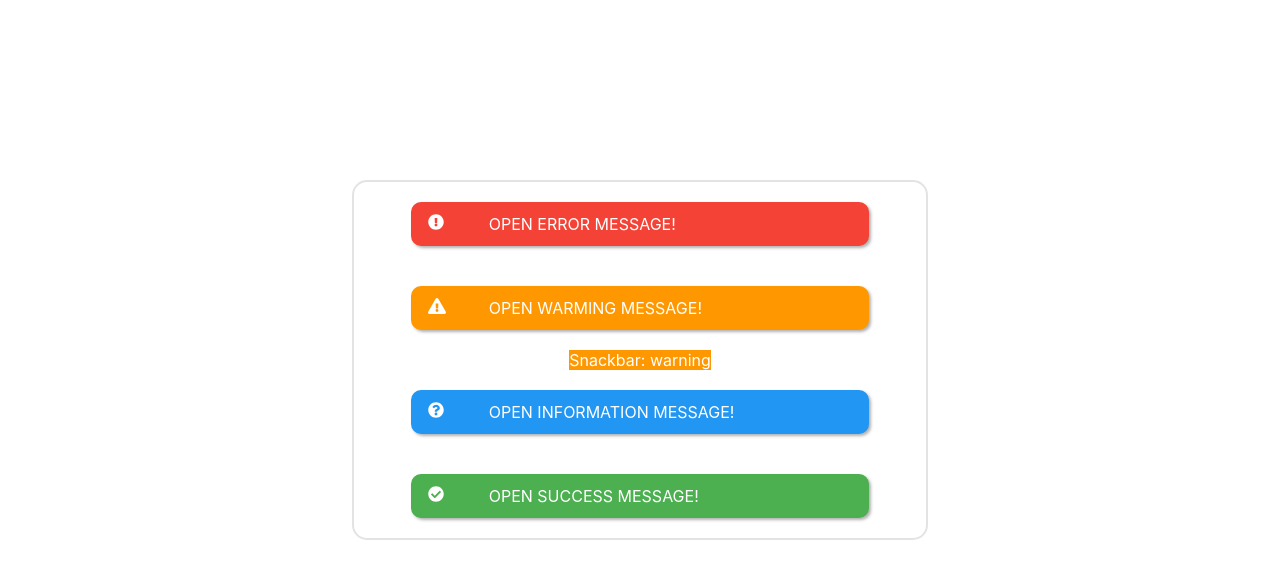
Repository: KrzysKolo/sr_tydzien5_zad2
Page: /, after clicking the first element matching `div.wrapper--btn > :nth-child(2)`
The author's editor kept a copy of each file at every save. The page is drawn from the files as they stood at one save, then again after the next save.
The browser window is 1280 px wide. The pictures show the whole page.
The project was rebuilt for these pictures with package versions that can differ from the ones it lists, and the page was loaded fresh each time.

Above is the page before, as saved 2020-12-28 03:25:41.

### public/index.html
<!DOCTYPE html>
<html lang="en">
  <head>
    <meta charset="utf-8" />
    <link rel="icon" href="%PUBLIC_URL%/favicon.ico" />
    <meta name="viewport" content="width=device-width, initial-scale=1" />
    <meta name="theme-color" content="#000000" />
    <meta
      name="description"
      content="Web site created using create-react-app"
    />
    <link rel="apple-touch-icon" href="%PUBLIC_URL%/logo192.png" />
    <!--
      manifest.json provides metadata used when your web app is installed on a
      user's mobile device or desktop. See https://developers.google.com/web/fundamentals/web-app-manifest/
    -->
    <link rel="manifest" href="%PUBLIC_URL%/manifest.json" />
    <!--
      Notice the use of %PUBLIC_URL% in the tags above.
      It will be replaced with the URL of the `public` folder during the build.
      Only files inside the `public` folder can be referenced from the HTML.

      Unlike "/favicon.ico" or "favicon.ico", "%PUBLIC_URL%/favicon.ico" will
      work correctly both with client-side routing and a non-root public URL.
      Learn how to configure a non-root public URL by running `npm run build`.
    -->
    <title>Zad 2 - snackbar</title>
  </head>
  <body>
    <noscript>You need to enable JavaScript to run this app.</noscript>
    <div id="root"></div>
    <!--
      This HTML file is a template.
      If you open it directly in the browser, you will see an empty page.

      You can add webfonts, meta tags, or analytics to this file.
      The build step will place the bundled scripts into the <body> tag.

      To begin the development, run `npm start` or `yarn start`.
      To create a production bundle, use `npm run build` or `yarn build`.
    -->
  </body>
</html>

### src/App.js
import React from 'react';
import Buttons from './components/Buttons';
import './App.css';
const App = () => {
  return (
    <div className="wrapper--btn">
      <Buttons />
    </div>
  )
}

export default App;

### src/components/Buttons.js
import React, {useState} from 'react';
import ButtonsData from './../data/ButtonsData';
import Button from './Button';
import Snackbar from './Snackbar';

const Buttons = () => {

    return (
        <>
            {ButtonsData.map(button =>
                <Button key={button.id} data={button}/>
            )}

        </>
    )
}

export default Buttons;

### src/App.css
* {
  box-sizing: border-box;
  margin: 0;
  position: relative;
}
body {
  width: 100vw;
  height: 100vh;
  display: flex;
  flex-direction: row;
  justify-content: center;
  align-items: center;
}
.wrapper--btn {
  border: 2px solid #e3e3e3;
  border-radius: 15px;
  width: 45vw;
  display: flex;
  flex-direction: column;
  justify-content: center;
  align-items: center;
}
.btn {
  border-radius: 10px;
  color: rgb(240, 239, 244);
  cursor: pointer;
  outline: none;
  padding: 10px 15px;
  margin: 20px;
  width: 80%;
  display: grid;
  grid-template-columns: 0.5fr 3fr;
  box-shadow: 2px 2px 3px rgba(102, 102, 102, 0.5);
  transition: all 0.3s ease-in-out;
}
.error {
  color: white;
  background: rgb(244, 67, 54);
}

.success {
  color: white;
  background: rgb(76, 175, 80);
}
.information {
  color: white;
  background: rgb(33, 150, 243);
}

.warning {
  background: rgb(255, 152, 0);
  color: white;
}

### src/data/ButtonsData.js
const ButtonsData = [
    {
      id: 0,
      name: "OPEN ERROR MESSAGE!",
      color: "rgb(244, 67, 54)",
      icon: "faExclamationCircle",
      type: "error",
      message: "This is an error message!",
    },
    {
      id: 1,
      name: "OPEN WARMING MESSAGE!",
      color: "rgb(255, 152, 0)",
      icon: "faExclamationTriangle",
      type: "warning",
      message: "This is a warning message!",
    },
    {
      id: 2,
      name: "OPEN INFORMATION MESSAGE!",
      color: "rgb(33, 150, 243)",
      icon: "faQuestionCircle",
      type: "information",
      message: "This is an information message!",
    },
    {
      id: 3,
      name: "OPEN SUCCESS MESSAGE!",
      color: "rgb(76, 175, 80)",
      icon: "faCheckCircle",
      type: "success",
      message: "This is a success message!",
    },

  ]
 export default ButtonsData;

### src/components/Button.js
import React, { useState } from 'react';
import Icons from './Icons';
import Snackbar from './Snackbar';


const Button = ({data } ) => {

    const [isHover, setIsHover] = useState(false);
    const OutStyle = {
        border: `2px solid ${data.color}`,
        background: data.color,
        color: "#fff",
      };

      const OverStyle = {
        border: `2px solid ${data.color}`,
        backgroundColor: "#fff",
        color: data.color,

      };
      /*const event = data.event;
      const switchFunction = (event) => {
        switch (event) {
                case 'handleClick': handleClick(); break;
               case 'handleClickWarming': handleClickWarming(); break;
                case 'handleClickInformation': handleClickInformation(); break;
                case 'handleClickSuccess': handleClickSuccess(); break;
                default: return null;
                }
    }

     const handleClickWarming = () => {
        console.log(data.info);
    };
    const handleClickInformation = () => {
        console.log(data.info);
    };
    const handleClickSuccess = () => {
        console.log(data.info);
    }; */

    const [isShownSnackbar, setIsShownSnackbar] = useState(false);
    const handleClick = () => {

        setIsShownSnackbar(true);

    };
    return (
        <>

        <div className="btn"
        /* onClick={() => switchFunction(event)} */
        onClick={handleClick}
        style={isHover ? OverStyle : OutStyle}
        onMouseOver={() => setIsHover(true)}
        onMouseOut={() => setIsHover(false)}>
            <Icons icon={data.icon}/>
             {data.name}
        </div>
        {isShownSnackbar && <Snackbar type={data.type} message={data.info} />}
        </>
    )
}

export default Button;

### src/components/Snackbar.js
import React from 'react';

const Snackbar = ({type}) => {
    return (
        <div className={`${type}`}>
           Snackbar: {type}
        </div>
    )
}

export default Snackbar

### src/components/Icons.js
import React from 'react';
import { FontAwesomeIcon } from '@fortawesome/react-fontawesome';
import { faCheckCircle, faQuestionCircle, faExclamationTriangle, faExclamationCircle } from '@fortawesome/free-solid-svg-icons';

const Icons = ({icon}) => {

        switch (icon) {
            case 'faExclamationCircle': return <FontAwesomeIcon icon={faExclamationCircle} />;
            case 'faExclamationTriangle': return <FontAwesomeIcon icon={faExclamationTriangle} />;
            case 'faQuestionCircle': return <FontAwesomeIcon icon={faQuestionCircle} />;
            case 'faCheckCircle': return <FontAwesomeIcon icon={faCheckCircle} />;
            default: return null;
            }



}

export default Icons;

Loaded but not shown: src/index.js (common file); src/index.css (common file)

After the next save:
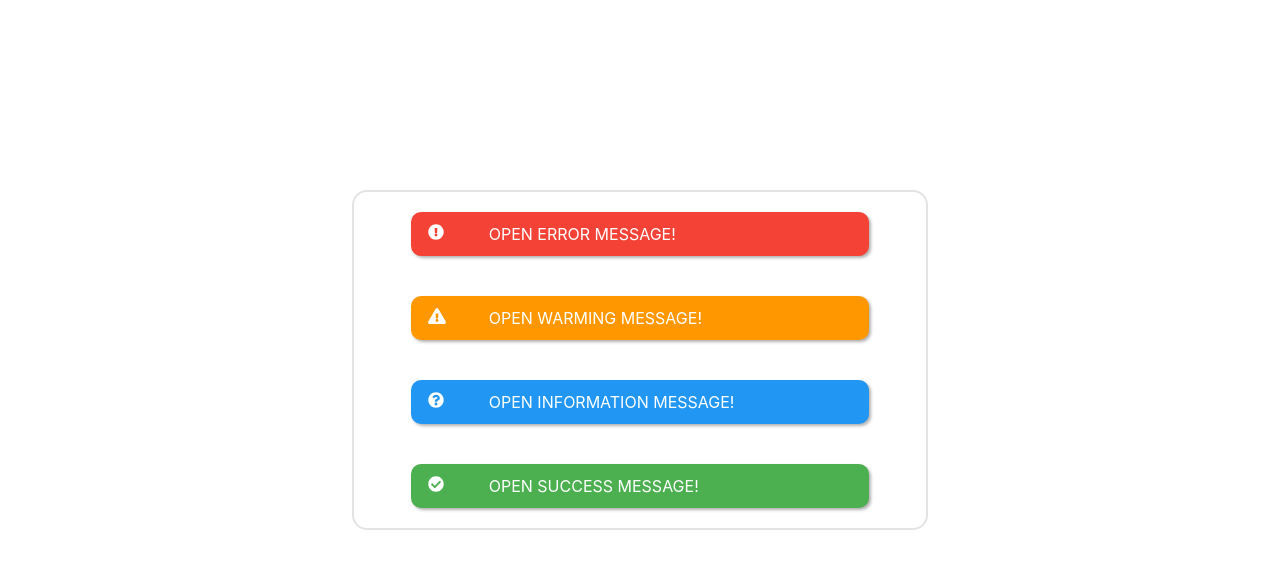
Saved 28 s later.
--- a/src/components/Snackbar.js
+++ b/src/components/Snackbar.js
@@ -1,9 +1,9 @@
 import React from 'react';
 
-const Snackbar = ({type}) => {
+const Snackbar = ({type, message}) => {
     return (
         <div className={`${type}`}>
-           Snackbar: {type}
+           {message}
         </div>
     )
 }

After the save that followed:
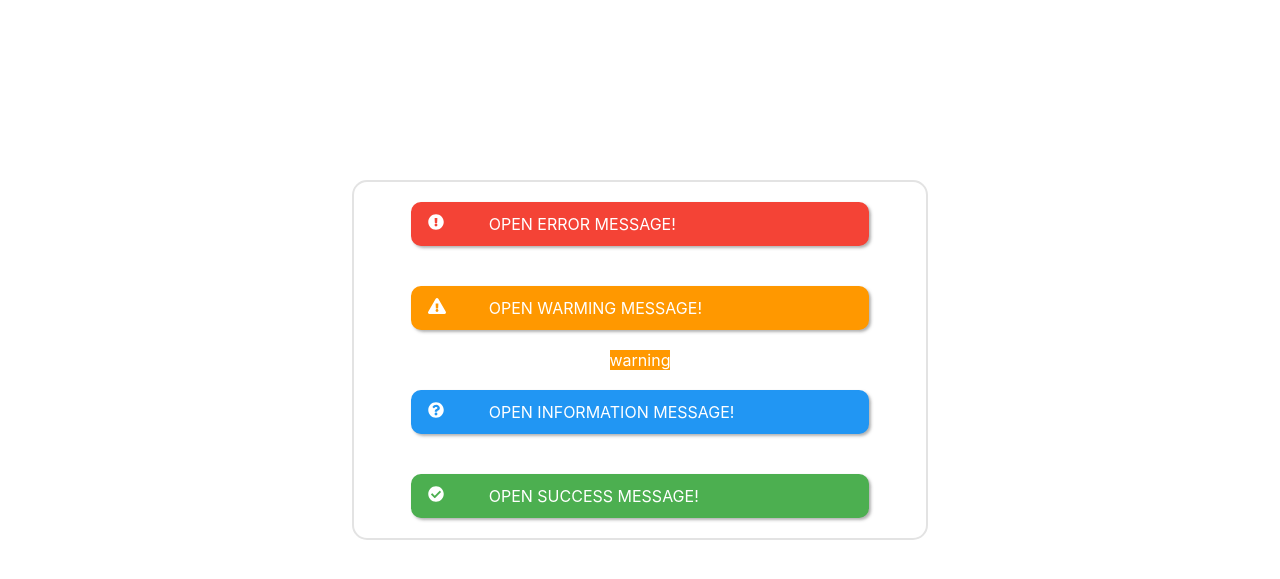
Saved 2 min 26 s later.
--- a/src/components/Snackbar.js
+++ b/src/components/Snackbar.js
@@ -3,7 +3,7 @@
 const Snackbar = ({type, message}) => {
     return (
         <div className={`${type}`}>
-           {message}
+           {type}
         </div>
     )
 }
